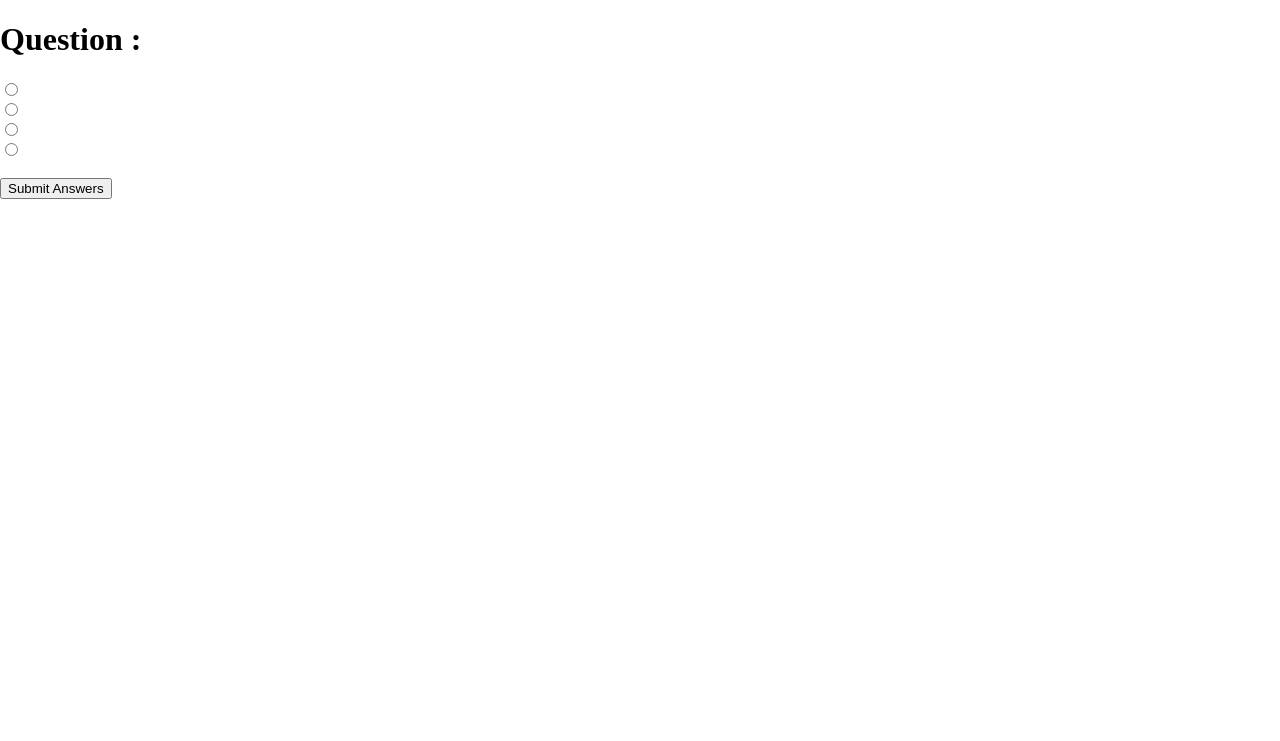
Repository: alafty/ACML-Project
Page: /getQuiz (app in frontend/)
The author's editor kept a copy of each file at every save. The page is drawn from the files as they stood at one save, then again after the next save.
The browser window is 1280 px wide. The pictures show the whole page.
The page's requests for data from a server got no answer. The project was rebuilt for these pictures with package versions that can differ from the ones it lists, and the page was loaded fresh each time. No one was signed in, and anything a server would have sent is missing. Also part of the build but not shown: frontend/src/components/header.tsx, frontend/src/pages/Register/Register.tsx, frontend/src/app/UsersServices.ts, frontend/src/pages/Login/Login.tsx, frontend/src/pages/Landing.tsx, frontend/src/pages/Register/IndividualTraineeRegister.tsx, frontend/src/pages/Register/InstructorRegister.tsx, frontend/src/pages/Register/CorporateTraineeRegister.tsx and 5 more. Imported but missing from the stored project, and not drawn on this page: frontend/src/pages/Legal/Legal.tsx, frontend/src/reportWebVitals.

Above is the page before, as saved 2022-12-18 02:08:28.

### frontend/src/index.js
import React from 'react';
import { createRoot } from 'react-dom/client';
import { Provider } from 'react-redux';
import { store } from './app/store';
import App from './App';
import reportWebVitals from './reportWebVitals';

const container = document.getElementById('root');
const root = createRoot(container);

root.render(
  <React.StrictMode>
    <Provider store={store}>
      <App />
    </Provider>
  </React.StrictMode>
);

// If you want to start measuring performance in your app, pass a function
// to log results (for example: reportWebVitals(console.log))
// or send to an analytics endpoint. Learn more: https://bit.ly/CRA-vitals
reportWebVitals();

### frontend/src/App.tsx
import React from 'react'
import {BrowserRouter as Router, Routes, Route} from 'react-router-dom'
import Register from './pages/Register/Register.tsx'
import Login from './pages/Login/Login.tsx'
import Landing from './pages/Landing.tsx'
import IndividualTrainee from './pages/Register/IndividualTraineeRegister.tsx'
import InstructorRegister from './pages/Register/InstructorRegister.tsx'
import CorporateTrainee from './pages/Register/CorporateTraineeRegister.tsx'
import CreateQuiz from './pages/Instructor/CreateQuiz.tsx'
import InstructorDetails from './pages/Instructor/InstructorDetails.tsx'
import Home from './pages/Home.tsx'
import Legal from './pages/Legal/Legal.tsx'
import LegalInstructor from './pages/Legal/LegalInstructor.tsx'
import SolveSolveEx from './pages/Course/SolveSolveEx.tsx'


const defaultGlobalState = {
  loggedInUser: {}
};

const globalStateContext = React.createContext(defaultGlobalState);
const dispatchStateContext = React.createContext(undefined);

const GlobalStateProvider = ({ children }) => {
  const [state, dispatch] = React.useReducer(
    (state, newValue) => ({ ...state, ...newValue }),
    defaultGlobalState
  );
  return (
    <globalStateContext.Provider value={state}>
      <dispatchStateContext.Provider value={dispatch}>
        {children}
      </dispatchStateContext.Provider>
    </globalStateContext.Provider>
  );
};

export const useGlobalState = () => [
  React.useContext(globalStateContext),
  React.useContext(dispatchStateContext)
];


function app() {

  return (
    <GlobalStateProvider>
      <Router>
        <div>
          <Routes>
            <Route path='/' element={<Landing/>} />
            <Route path='/register' element={<Register/>} />
            <Route path='/login' element={<Login/>} />
            <Route path='/indivTraineeRegister' element={<IndividualTrainee/>} />
            <Route path='/instructorRegister' element={<InstructorRegister/>} />
            <Route path='/corpTraineeRegister' element={<CorporateTrainee/>} />
            <Route path='/home' element={<Home/>} />
            <Route path='/instructorHome' element={<InstructorDetails/>} />
            <Route path='/legal' element= {<Legal/>} />
            <Route path='/legalinstructor' element= {<LegalInstructor/>} />

            <Route path='/createquiz' element={<CreateQuiz/>} />
            <Route path='/getQuiz' element={<SolveSolveEx QuizID= {1}/>} />


          </Routes>
        </div>
      </Router>
    </GlobalStateProvider>

  )
}

export default app;

### frontend/src/pages/Course/SolveSolveEx.tsx
import React,{Component, useState} from "react";
import axios from 'axios';
import questionBankModel from "../Models/questionBank.tsx";
type State = {
    Question: [questionBankModel]

}

    export default class Create extends Component<{QuizID}, State> {

    constructor(props: any) {
        super(props);


        this.state = {
            Question: [''],

        }



    }
    componentDidMount(){
        const newQuery ={
            Subject:this.props.QuizID
        }
        axios.post('http://localhost:8000/Quiz/getQuiz',newQuery)
        .then(res=> this.setState({Question:res.data}));

    }


        render() {

            return (
                <div style={{marginTop: 20}}>

                    {this.state.Question.map((question)=>(
                             <div>
                             <h1>    Question :</h1>
                             <h2>{question.Question}</h2>
                             <label>
                                <input type="radio" value="choice1" name="choices" />
                                                {question.Choice1}
                            </label>
                            <br />
                            <label>
                                <input type="radio" value="choice2" name="choices" />
                                                {question.Choice2}
                            </label>
                            <br />
                            <label>
                                <input type="radio" value="choice3" name="choices" />
                                                {question.Choice3}
                            </label>
                            <br />
                            <label>
                                <input type="radio" value="choice4" name="choices" />
                                                {question.Choice4}
                            </label>
                            </div>




             ))}
                                             <br />   <button type="submit"> Submit Answers</button>

                </div>
            )
        }

}

### frontend/src/Styling/mainLayout.css

:root {
    --primaryLight: #dbe1f8;
    --primary: #829df7;
    --secondary: #e66bba;
    --text: #3b3086;
    --white: #d9ebf9;
}

html, body {
    height: 100%;
    width: 100%;
    margin: 0px;
}

.container {
    display: flex;
    flex-direction: column;
}

.landing-header {
    display: flex;
    flex-direction: row;
    justify-content: space-between;
    background-color: var(--primary);
    height: 8vh;
    align-items: center;
    padding: 15px;
}

.logo {
    background-image: url('../assets/logo.png');
    background-size: cover;
    width: 300px;
    height: 80px;
}
.search-bar {
    width: 400px;
    background-color: var(--white);
    border-radius: 10px;
}

.selector {
    width: 400px;
    margin-left: 160px;
    background-color: var(--white);
}

#button-search {
    margin-left: 20px;
    padding: 10px;
    padding-inline: 20px;
    color: var(--white);
    background-color: var(--secondary);
}

.body {
        background-color: var(--primaryLight);
        height: 90vh;
        background-size: cover;
}

.title {
    font-family: Arial, Helvetica, sans-serif;
    font-size: 64px;
    margin-top: 250px;
    padding-inline: 150px;
    color: var(--text);
}

.landing-subtitle {
    font-family: Arial, Helvetica, sans-serif;
    font-weight:lighter;
    margin-top: -40px;
    font-size: 24px;
    padding-inline: 160px;
    color: var(--text);
}

#filled-button {
    padding-inline: 50px;
    padding-block: 10px;
    background-color: var(--secondary);
    margin: 20px;
    margin-left: 160px;
    font-size: 24px;
}

#outlined {
    padding-inline: 50px;
    padding-block: 10px;
    border-color: var(--secondary);
    color: var(--secondary);
    margin: 20px;
    font-size: 24px;
}

.hat {
    background-image: url('../assets/hat.png');
    background-size: cover;
    height: 500px;
    width: 500px;
    margin-top: -150px;
    margin-right: 150px;
}

.form{
    display: flex;
    flex-direction: column;
    margin-left: 150px;
}

.legal-border{
    margin: 20px;
    padding: 20px;
    background-color: #ffffff;
    border-radius: 20px;
}

.courses-panel-bg{
    display: flex;
    flex-direction: row;
    padding: 20px;
    border-radius: 20px;
    background-color: var(--white);
    width: 75%;
    height: 40%;
    margin-left: 150px;
    box-shadow: rgba(100, 100, 111, 0.2) 0px 7px 29px 0px;

}

.course-card{
    display: flex;
    flex-direction: column;
    padding: 10px;
    border-radius: 10px;
    background-color: #ffffff;
    width: 17%;
    height: 90%;
    margin-inline: 20px;
    margin-block: 10px;
    box-shadow: rgba(100, 100, 111, 0.2) 0px 7px 29px 0px;
}

### frontend/src/Styling/landing.css
html, body {
    height: 100%;
    width: 100%;
    margin: 0px;
}

.container {
    display: flex;
    flex-direction: column;
}

.landing-header {
    display: flex;
    flex-direction: row;
    justify-content: space-between;
    background-color: #829df7;
    height: 8vh;
    align-items: center;
    padding: 15px;
}

.logo {
    background-image: url('../assets/logo.png');
    background-size: cover;
    width: 300px;
    height: 80px;
}
.search-bar {
    width: 400px;
    background-color: #FFFFFF;
    border-radius: 10px;
}

.selector {
    width: 400px;
    margin-left: 160px;
}

#button-search {
    margin-left: 20px;
    padding: 10px;
    padding-inline: 20px;
    color: #ffffff;
    background-color: #e66bba;
}

.body {
        background-color: #dbe1f8;
        height: 92vh;
        background-size: cover;
}

#landing-footer {
    display: flex;
    flex-direction: row;
    background-color: #829df7;
    height: 6vh;
    width: 100vw;
}

.title {
    font-family: Arial, Helvetica, sans-serif;
    font-size: 64px;
    margin-top: 250px;
    padding-inline: 150px;
    color: #3b3086;
}

.landing-subtitle {
    font-family: Arial, Helvetica, sans-serif;
    font-weight:lighter;
    margin-top: -40px;
    font-size: 24px;
    padding-inline: 160px;
    color: #3b3086;
}

#filled-button {
    padding-inline: 50px;
    padding-block: 10px;
    background-color: #e66bba;
    margin: 20px;
    margin-left: 160px;
    font-size: 24px;
}
#outlined {
    padding-inline: 50px;
    padding-block: 10px;
    border-color: #e66bba;
    color: #e66bba;
    margin: 20px;
    font-size: 24px;
}

.hat {
    background-image: url('../assets/hat.png');
    background-size: cover;
    height: 500px;
    width: 500px;
    margin-top: -150px;
    margin-right: 150px;
}

.form{
    display: flex;
    flex-direction: column;
    margin-left: 150px;
}

Loaded but not shown: frontend/public/index.html (common file); frontend/src/app/store.js (common file)

After the next save:
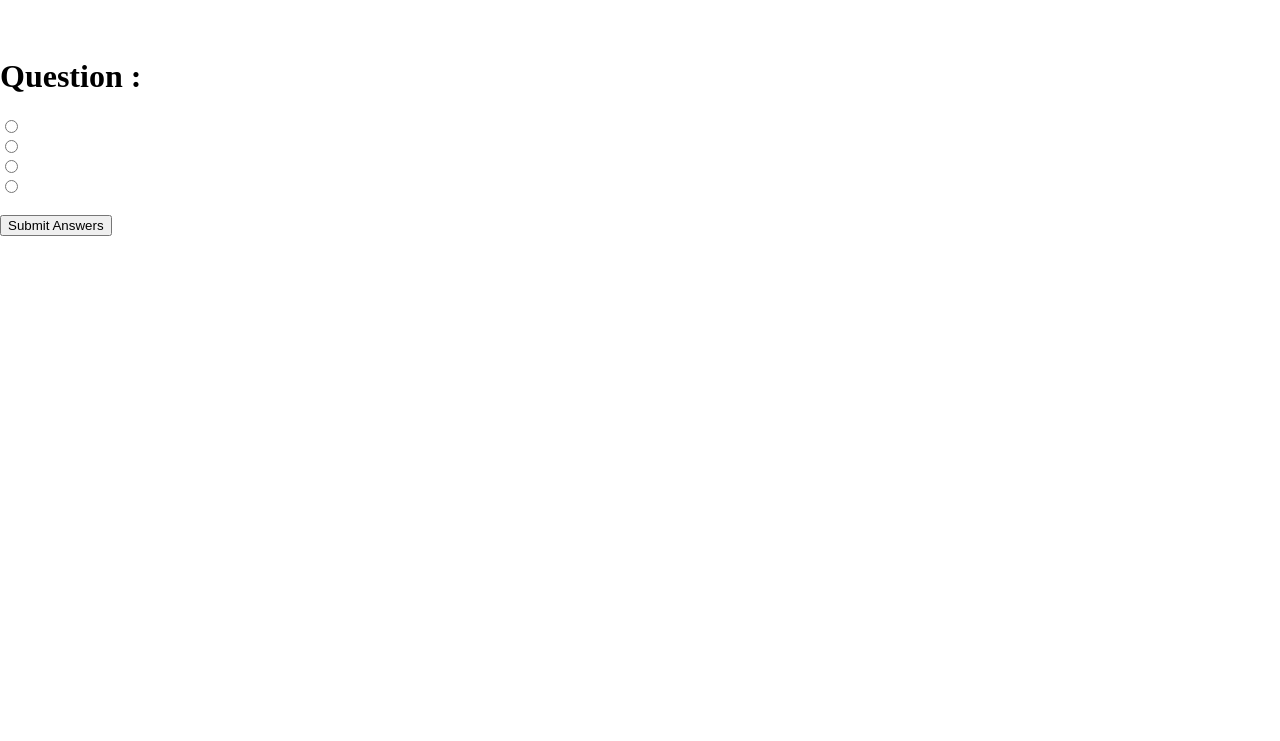
Saved 22 s later.
--- a/frontend/src/pages/Course/SolveSolveEx.tsx
+++ b/frontend/src/pages/Course/SolveSolveEx.tsx
@@ -37,7 +37,7 @@
 
                     {this.state.Question.map((question)=>(
                              <div>
-                             <h1>    Question :</h1>
+                             <h1><br /> Question :</h1>
                              <h2>{question.Question}</h2>
                              <label>
                                 <input type="radio" value="choice1" name="choices" />

After the save that followed:
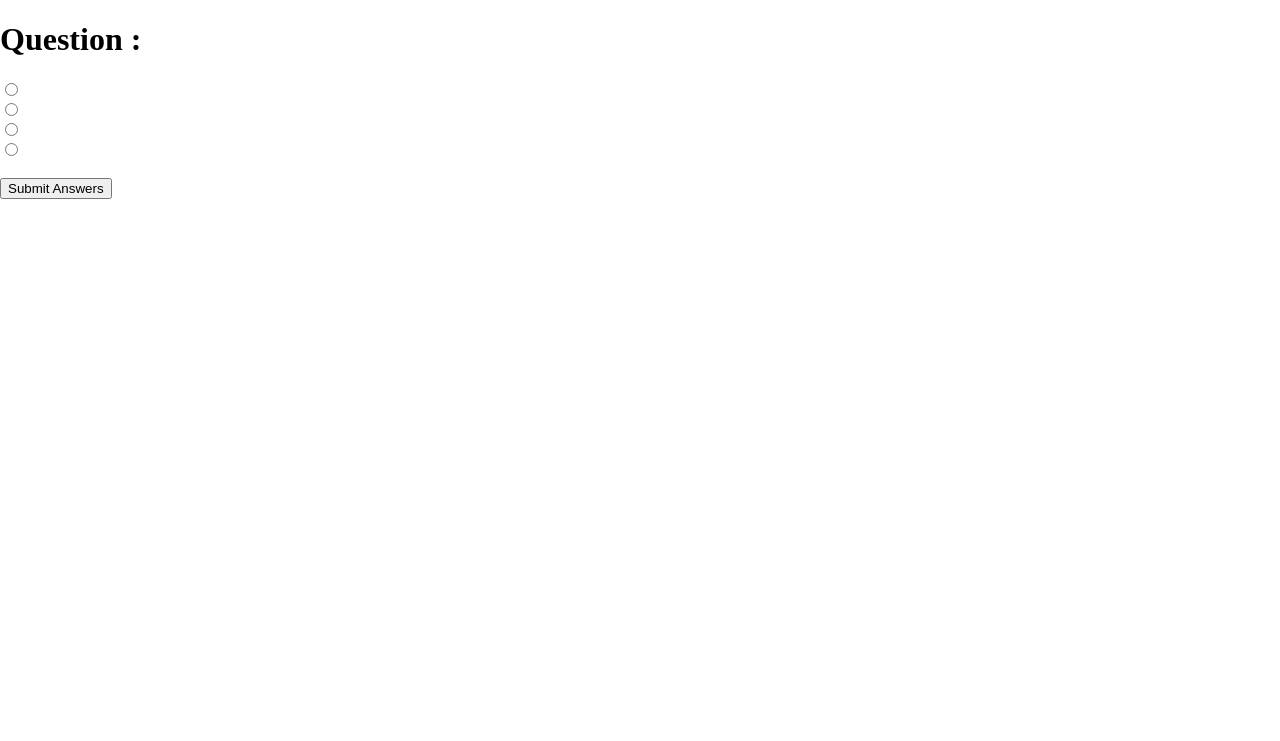
Saved 8 s later.
--- a/frontend/src/pages/Course/SolveSolveEx.tsx
+++ b/frontend/src/pages/Course/SolveSolveEx.tsx
@@ -37,7 +37,7 @@
 
                     {this.state.Question.map((question)=>(
                              <div>
-                             <h1><br /> Question :</h1>
+                             <h1> Question :</h1>
                              <h2>{question.Question}</h2>
                              <label>
                                 <input type="radio" value="choice1" name="choices" />
